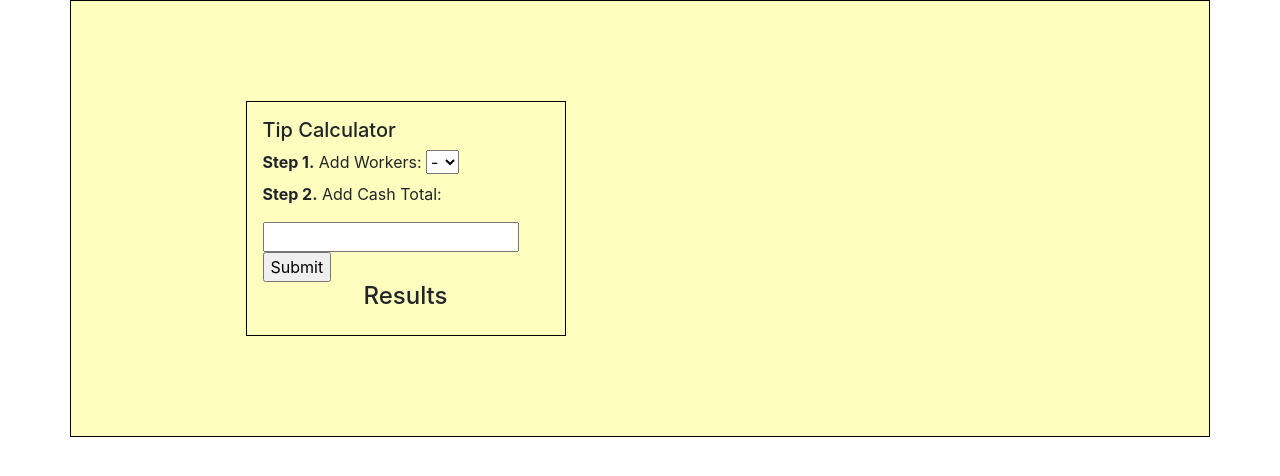
Repository: PBillingsby/on-the-fly
Page: on-the-fly-frontend/index.html
An editor plug-in stored every save of this project. The page is shown before and after the next save, followed by the edit.
The browser window is 1280 px wide. The pictures show the whole page.

Above is the page before, as saved 2020-07-13 16:23:56.

After the next save:
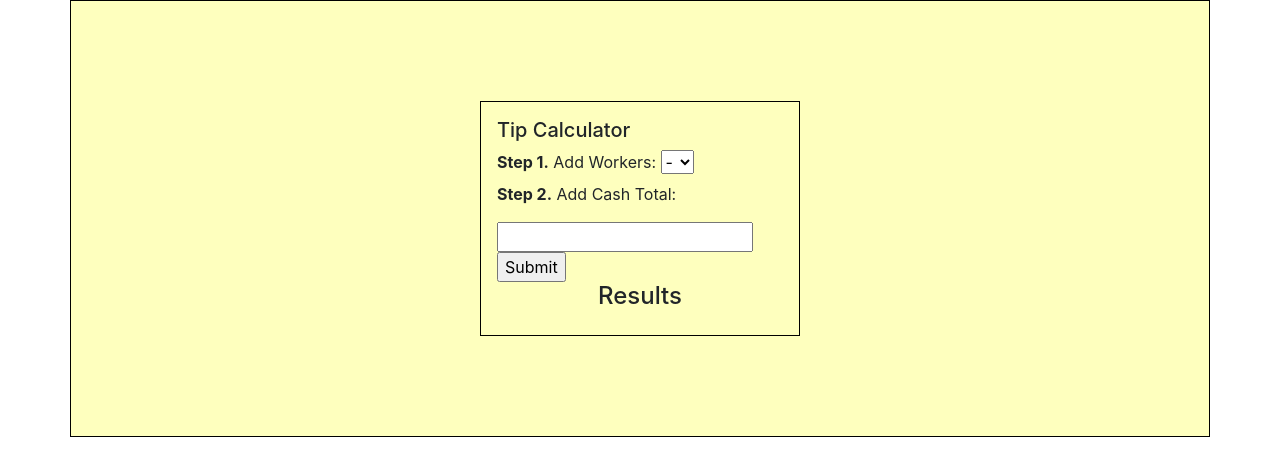
Saved 10 s later.
--- a/on-the-fly-frontend/css/style.css
+++ b/on-the-fly-frontend/css/style.css
@@ -1,8 +1,5 @@
 .container {
   background-color: rgb(254, 255, 190);
-  /* margin: 10vh; */
-  display: grid;
-  grid-template-columns: 1fr 1fr;
   border: 1px solid black;
   padding: 100px;
 }
